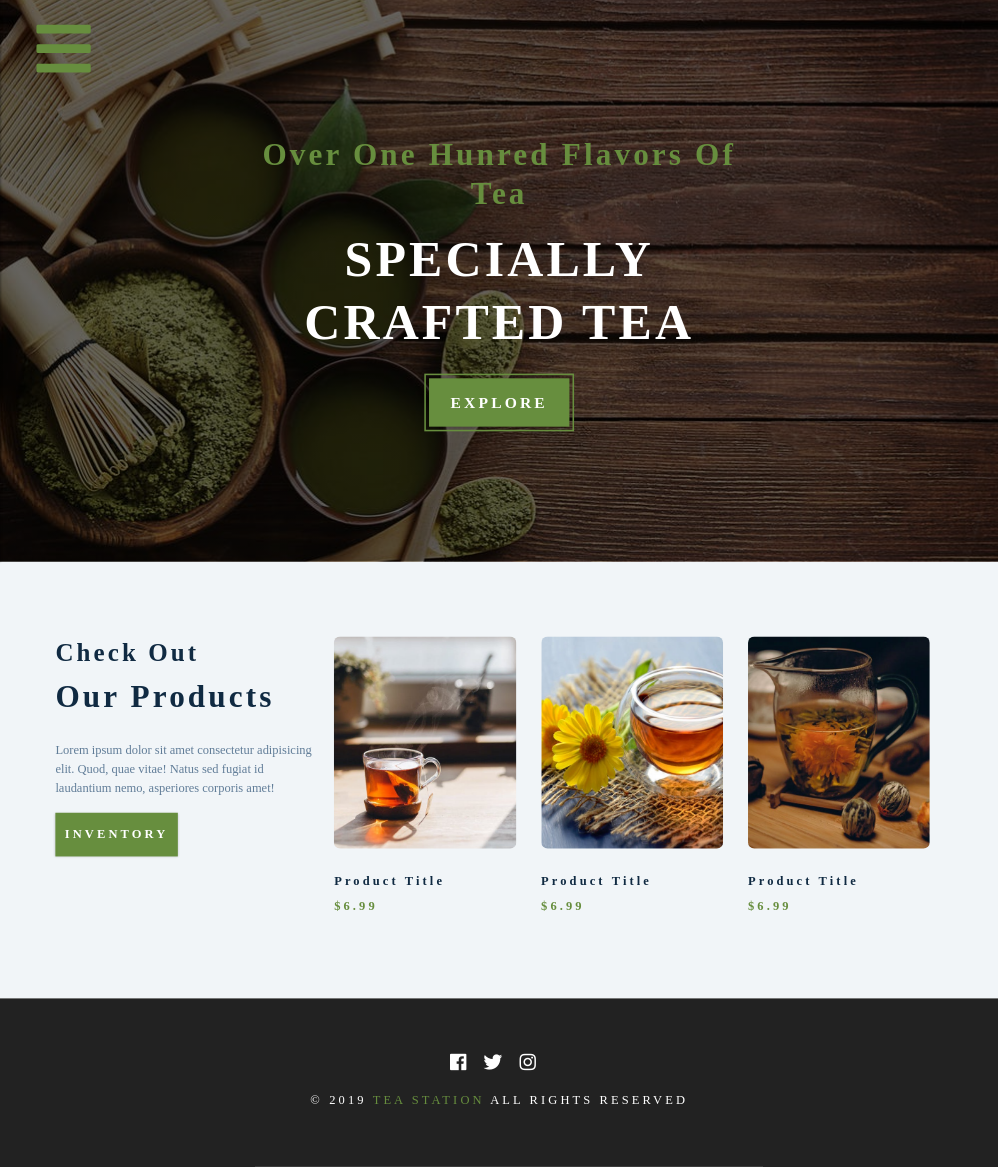
Repository: Ndifoinhilary/building_tea_site
Page: products.html
The author's editor kept a copy of each file at every save. The page is drawn from the files as they stood at one save, then again after the next save.
The browser window is 1280 px wide. The pictures show the whole page, at 78% of full size.
Backgrounds fixed to the window are drawn as part of the page. Some web fonts or font styles are not loaded; a fallback is used.

Above is the page before, as saved 2024-01-06 19:48:12.

After the next save:
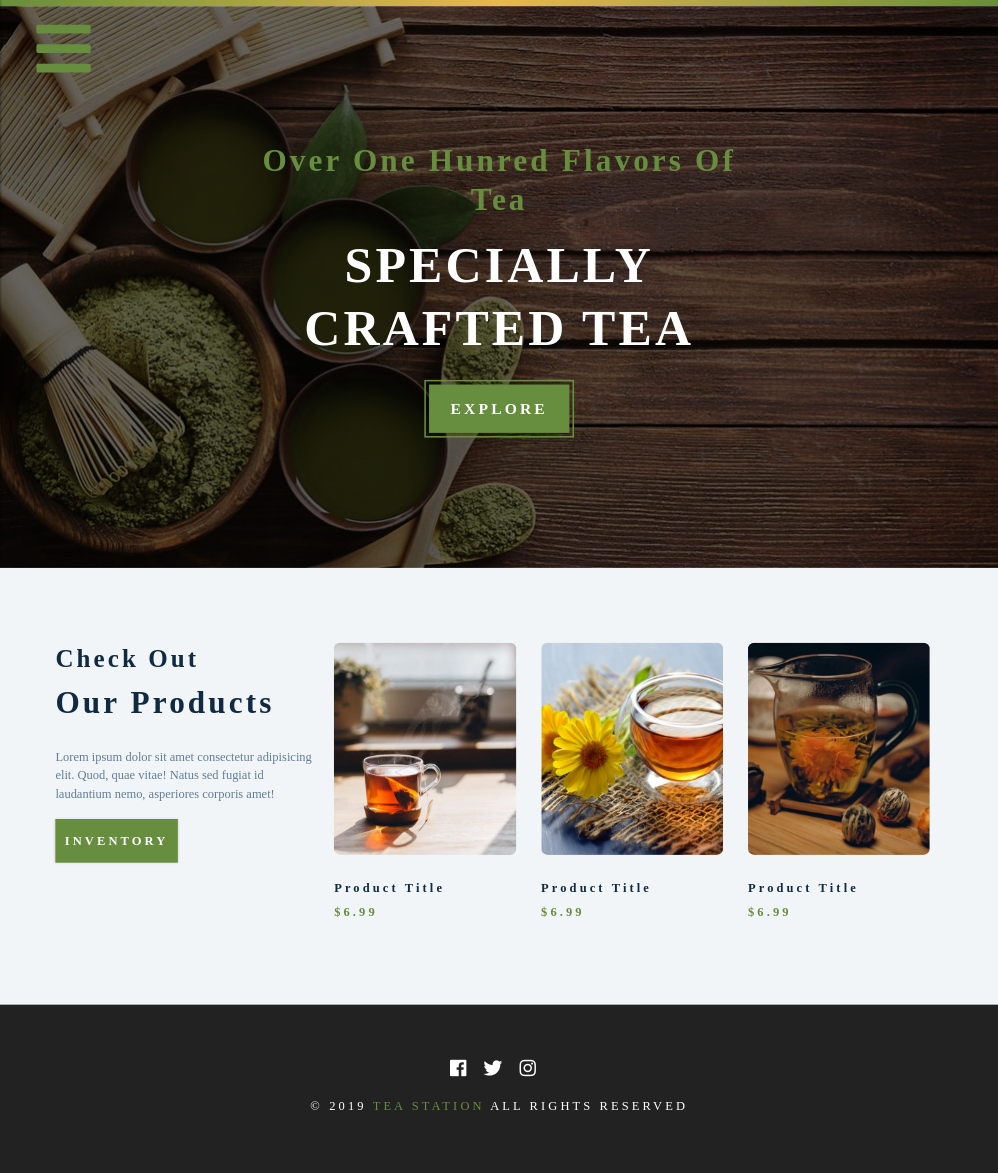
Saved 50 s later.
--- a/products.html
+++ b/products.html
@@ -11,6 +11,7 @@
   <!-- custom css -->
   <link rel="stylesheet" href="./css/styles.css" />
 </head>
+<div class="content-divider"></div>
 
 <body>
   <!-- nav button -->
